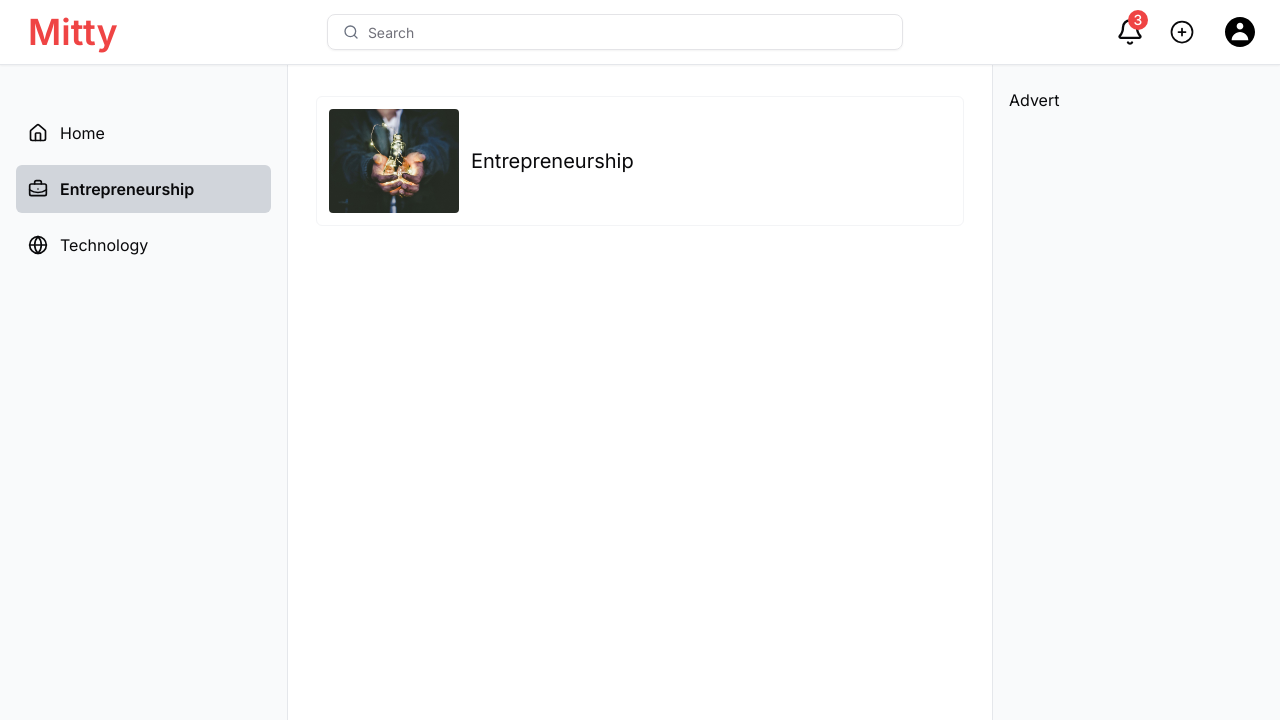
Repository: IssaMuiz/afrixpace-frontend
Page: /category/Entrepreneurship
The author's editor kept a copy of each file at every save. The page is drawn from the files as they stood at one save, then again after the next save.
The browser window is 1280 px wide. The pictures show the whole page.
The page's requests for data from a server got no answer. The project was rebuilt for these pictures with package versions that can differ from the ones it lists, and the page was loaded fresh each time. The framework's server and built-in components were replaced by stand-ins that run in the browser. No one was signed in, and anything a server would have sent is missing. Also part of the build but not shown: next.config.ts, components/ui/textarea.tsx, components/ui/card.tsx, components/Vote.tsx, components/PostCard.tsx.

Above is the page before, as saved 2025-02-09 15:42:00.

### app/layout.tsx
import type { Metadata } from "next";
import { Inter } from "next/font/google";
import "./globals.css";
import LayoutWrapper from "@/components/LayoutWrapper";

const inter = Inter({ subsets: ["latin"] });

export const metadata: Metadata = {
  title: "Adventurer app",
  description: "Share your adventure experience here",
};

export default function RootLayout({
  children,
}: Readonly<{
  children: React.ReactNode;
}>) {
  return (
    <html lang="en">
      <body className={`${inter.className} min-h-screen antialiased`}>
        <LayoutWrapper>{children}</LayoutWrapper>
      </body>
    </html>
  );
}

### app/category/[slug]/page.tsx
"use client";
import PostCard from "@/components/PostCard";
import { useEffect, useState } from "react";
import { useParams } from "next/navigation";
import Image from "next/image";
import { categoryImageHeader } from "@/constant";

interface Post {
  id: string;
  title: string;
  content: string;
  votes: number;
  mediaUrl?: string;
  mediaType: "image" | "video";
  category?: string;
  comments: [];
}

export default function CategoryPage() {
  const params = useParams();
  const [posts, setPosts] = useState<Post[]>([]);
  const category = params?.slug;

  const categoryParam = category ? category.toString() : "default";

  const imageCategory = categoryImageHeader[categoryParam];

  useEffect(() => {
    if (!category) return;

    if (category) {
      async function fetchPost() {
        try {
          const res = await fetch(`/api/posts?category=${category}`);
          const data = await res.json();
          setPosts(data);
        } catch (error) {
          console.error("Error fetching category post", error);
        }
      }
      fetchPost();
    }
  }, [category]);

  if (!category) return <div>Loading...</div>;
  return (
    <section className="space-y-6 mt-20">
      <div className=" w-full flex gap-3 items-center bg-white p-3 border border-gray-100 rounded-md">
        <Image
          src={imageCategory}
          alt="image category"
          height={130}
          width={130}
          className="rounded-sm"
        />
        <h1 className=" text-xl">{category}</h1>
      </div>
      {posts.map((post) => (
        <PostCard key={post.id} post={post} />
      ))}
    </section>
  );
}

### components/LayoutWrapper.tsx
"use client";

import Navbar from "@/components/Navbar";
import Sidebar from "@/components/Sidebar";
import AdvertBar from "@/components/Advertbar";
import { useState } from "react";
import { cn } from "@/lib/utils";

export default function LayoutWrapper({
  children,
}: Readonly<{
  children: React.ReactNode;
}>) {
  const [isSidebarOpen, setIsSidebarOpen] = useState(false);

  return (
    <div>
      <div
        className={cn(
          "fixed inset-0 z-40 top-[61px] bg-black/30 transition-opacity xl:hidden",
          isSidebarOpen ? "opacity-100 visible" : "opacity-0 invisible"
        )}
      ></div>
      <Navbar setIsSidebarOpen={setIsSidebarOpen} />
      <div className="grid grid-rows-1 lg:grid-rows-[1fr_250px] xl:grid-rows-[250px_1fr_300px] gap-6 h-screen p-4">
        <Sidebar isOpen={isSidebarOpen} setIsSidebarOpen={setIsSidebarOpen} />

        <main className=" lg:mr-[290px]  xl:mx-[300px]">{children}</main>
        <AdvertBar />
      </div>
    </div>
  );
}

### constant.ts
import { Home, Globe, BriefcaseBusinessIcon } from "lucide-react";

export const categories = [
  {
    name: "Home",
    icon: Home,
    path: "/",
  },
  {
    name: "Entrepreneurship",
    icon: BriefcaseBusinessIcon,
    path: "category/Entrepreneurship",
  },
  {
    name: "Technology",
    icon: Globe,
    path: "category/Technology",
  },
];

export const categoryImageHeader: Record<string, string> = {
  Entrepreneurship: "/entrepreneurship-image.jpg",
  Technology: "/Technology-image.jpg",
};

### components/Navbar.tsx
"use client";
import { Button } from "./ui/button";
import { Input } from "./ui/input";
import { Search } from "lucide-react";
import { Menu } from "lucide-react";
import { BellIcon } from "lucide-react";
import { useRouter } from "next/navigation";
import CreatePostModal from "./CreatePostModal";
import { useState } from "react";
import Image from "next/image";

const Navbar = ({
  setIsSidebarOpen,
}: {
  setIsSidebarOpen: React.Dispatch<React.SetStateAction<boolean>>;
}) => {
  const router = useRouter();
  const [user] = useState({
    username: "johndoe",
    avatar: "/profile.svg",
  });
  return (
    <nav className="border-b bg-white z-20 fixed left-0 right-0 top-0 border-gray-200 px-4 py-3 flex justify-between items-center shadow-sm">
      <div className="flex space-x-3 items-center">
        <Button
          onClick={() => setIsSidebarOpen((prev) => !prev)}
          className="xl:hidden block hover:bg-gray-300 rounded-full  cursor-pointer border-none shadow-none p-1"
          variant="outline"
        >
          <Menu className="min-h-7 min-w-7" />
        </Button>
        <h1 className="lg:hidden block text-2xl font-semibold text-red-500">
          A
        </h1>
        <h1 className="text-4xl font-semibold hidden lg:flex text-red-500">
          Mitty
        </h1>
      </div>
      <div className="relative max-w-xl flex-1 mx-5">
        <Search className=" h-4 absolute left-3 top-1/2 transform -translate-y-1/2 text-gray-500" />
        <Input
          type="text"
          placeholder="Search"
          className="pl-10 w-full border rounded-lg"
        />
      </div>

      <div className=" flex space-x-2 lg:space-x-4 items-center">
        <Button
          className="relative hover:bg-gray-300 rounded-full cursor-pointer border-none shadow-none p-1 group"
          variant="outline"
        >
          <BellIcon className="min-h-7 min-w-7" />
          <span className="absolute -top-1 right-0 text-white rounded-full h-5 w-5 bg-red-500">
            3
          </span>
          <span className="absolute left-1/2 -translate-x-1/2 top-12 px-2 py-1 text-sm text-white bg-gray-800 rounded opacity-0 group-hover:opacity-100 transition-transform pointer-events-none">
            Notification
          </span>
        </Button>

        <CreatePostModal />

        <Button
          className="relative hover:bg-gray-300 rounded-full cursor-pointer border-none shadow-none p-1 group"
          variant="outline"
          onClick={() => router.push(`/profile/${user.username}`)}
        >
          <Image
            src={user.avatar}
            alt="Profile"
            width={40}
            height={40}
            className="rounded-full"
          />
          <span className="absolute left-1/2 -translate-x-1/2 top-12 px-2 py-1 text-sm text-white bg-gray-800 rounded opacity-0 group-hover:opacity-100 transition-transform pointer-events-none">
            Profile
          </span>
        </Button>

        {/* <Button variant="outline" className="hover:bg-gray-100">
          Login
        </Button>
        <Button className="hover:bg-white hover:text-black ">Sign up</Button> */}
      </div>
    </nav>
  );
};

export default Navbar;

### components/Sidebar.tsx
"use client";

import Link from "next/link";
import { usePathname } from "next/navigation";
import { categories } from "@/constant";
import { cn } from "@/lib/utils";
import { useEffect, useRef } from "react";

interface SidebarProps {
  isOpen: boolean;
  setIsSidebarOpen: React.Dispatch<React.SetStateAction<boolean>>;
}

const Sidebar = ({ isOpen, setIsSidebarOpen }: SidebarProps) => {
  const sidebarRef = useRef<HTMLDivElement | null>(null);

  useEffect(() => {
    const handleOutsideClick = (event: MouseEvent) => {
      if (
        sidebarRef.current &&
        !sidebarRef.current.contains(event.target as Node)
      ) {
        setIsSidebarOpen(false);
      }
    };

    document.addEventListener("click", handleOutsideClick);
    return () => document.removeEventListener("click", handleOutsideClick);
  }, [isOpen, setIsSidebarOpen]);

  const pathname = usePathname();
  return (
    <aside
      ref={sidebarRef}
      className={cn(
        "fixed top-[61px] left-0 bottom-0 w-72 border-r bg-gray-50 border-gray-200 h-screen dark:bg-gray-900 px-4 pt-12 transition-transform xl:z-0 z-50  xl:translate-x-0",
        isOpen ? "translate-x-0" : "-translate-x-full"
      )}
    >
      <ul className="space-y-2">
        {categories.map((cat) => (
          <li key={cat.name}>
            <Link
              onClick={() => setIsSidebarOpen(false)}
              href={`/${cat.path}`}
              className={cn(
                "flex items-center gap-3 p-3 rounded-md hover:bg-gray-200 dark:hover:bg-gray-800 transition",
                pathname === `/${cat.path}` &&
                  "bg-gray-300 dark:bg-gray-700 font-semibold"
              )}
            >
              <cat.icon className="w-5 h-5" />
              <span>{cat.name}</span>
            </Link>
          </li>
        ))}
      </ul>
    </aside>
  );
};

export default Sidebar;

### components/Advertbar.tsx
const AdvertBar = () => {
  return (
    <aside className="hidden lg:block fixed right-0 top-14 bottom-0 w-72 border-l border-gray-200 h-full bg-gray-50 pt-8 px-4">
      Advert
    </aside>
  );
};

export default AdvertBar;

### lib/utils.ts
/* eslint-disable @typescript-eslint/no-explicit-any */
import { clsx } from "clsx";
import { twMerge } from "tailwind-merge";

export function cn(...inputs: any[]) {
  return twMerge(clsx(inputs));
}

### components/ui/button.tsx
import * as React from "react"
import { Slot } from "@radix-ui/react-slot"
import { cva, type VariantProps } from "class-variance-authority"

import { cn } from "@/lib/utils"

const buttonVariants = cva(
  "inline-flex items-center justify-center gap-2 whitespace-nowrap rounded-md text-sm font-medium transition-colors focus-visible:outline-none focus-visible:ring-1 focus-visible:ring-ring disabled:pointer-events-none disabled:opacity-50 [&_svg]:pointer-events-none [&_svg]:size-4 [&_svg]:shrink-0",
  {
    variants: {
      variant: {
        default:
          "bg-primary text-primary-foreground shadow hover:bg-primary/90",
        destructive:
          "bg-destructive text-destructive-foreground shadow-sm hover:bg-destructive/90",
        outline:
          "border border-input bg-background shadow-sm hover:bg-accent hover:text-accent-foreground",
        secondary:
          "bg-secondary text-secondary-foreground shadow-sm hover:bg-secondary/80",
        ghost: "hover:bg-accent hover:text-accent-foreground",
        link: "text-primary underline-offset-4 hover:underline",
      },
      size: {
        default: "h-9 px-4 py-2",
        sm: "h-8 rounded-md px-3 text-xs",
        lg: "h-10 rounded-md px-8",
        icon: "h-9 w-9",
      },
    },
    defaultVariants: {
      variant: "default",
      size: "default",
    },
  }
)

export interface ButtonProps
  extends React.ButtonHTMLAttributes<HTMLButtonElement>,
    VariantProps<typeof buttonVariants> {
  asChild?: boolean
}

const Button = React.forwardRef<HTMLButtonElement, ButtonProps>(
  ({ className, variant, size, asChild = false, ...props }, ref) => {
    const Comp = asChild ? Slot : "button"
    return (
      <Comp
        className={cn(buttonVariants({ variant, size, className }))}
        ref={ref}
        {...props}
      />
    )
  }
)
Button.displayName = "Button"

export { Button, buttonVariants }

### components/ui/input.tsx
import * as React from "react"

import { cn } from "@/lib/utils"

const Input = React.forwardRef<HTMLInputElement, React.ComponentProps<"input">>(
  ({ className, type, ...props }, ref) => {
    return (
      <input
        type={type}
        className={cn(
          "flex h-9 w-full rounded-md border border-input bg-transparent px-3 py-1 text-base shadow-sm transition-colors file:border-0 file:bg-transparent file:text-sm file:font-medium file:text-foreground placeholder:text-muted-foreground focus-visible:outline-none focus-visible:ring-1 focus-visible:ring-ring disabled:cursor-not-allowed disabled:opacity-50 md:text-sm",
          className
        )}
        ref={ref}
        {...props}
      />
    )
  }
)
Input.displayName = "Input"

export { Input }

### components/CreatePostModal.tsx
import React, { useState } from "react";
import { Input } from "@/components/ui/input";
import { Textarea } from "@/components/ui/textarea";
import { Button } from "@/components/ui/button";
import {
  Dialog,
  DialogContent,
  DialogTrigger,
  DialogHeader,
  DialogTitle,
} from "@/components/ui/dialog";
import Image from "next/image";
import { PlusCircleIcon } from "@heroicons/react/24/outline";
const CreatePostModal = () => {
  const [title, setTitle] = useState("");
  const [content, setContent] = useState("");
  const [media, setMedia] = useState<File | null>(null);
  const [preview, setPreview] = useState<string | null>(null);
  const [error, setError] = useState("");

  const handleMediaChange = (e: React.ChangeEvent<HTMLInputElement>) => {
    const file = e.target.files?.[0];
    if (!file) return;

    const fileType = file.type.split("/")[0];

    if (fileType !== "image" && fileType !== "video") {
      setError("Only images and videos are allowed");
      return;
    }

    setMedia(file);
    setError("");

    const reader = new FileReader();
    reader.onloadend = () => {
      setPreview(reader.result as string);
    };
    reader.readAsDataURL(file);
  };

  const handleSubmit = (e: React.FormEvent) => {
    e.preventDefault();
    setError("");

    if (!title.trim() || !content.trim()) {
      setError("Title and content are required");
      return;
    }

    const postData = {
      title,
      content,
      media,
    };

    console.log("Post submitted", postData);

    setTitle("");
    setContent("");
    setMedia(null);
    setPreview(null);
  };
  return (
    <Dialog>
      <DialogTrigger asChild>
        <Button
          className="relative hover:bg-gray-300 rounded-full cursor-pointer border-none shadow-none p-1 group"
          variant="outline"
        >
          <PlusCircleIcon className="min-h-7 min-w-7" />
          <span className="absolute left-1/2 -translate-x-1/2 top-12 px-2 py-1 text-sm text-white bg-gray-800 rounded opacity-0 group-hover:opacity-100 transition-transform pointer-events-none text-nowrap">
            Create Post
          </span>
        </Button>
      </DialogTrigger>
      <DialogContent className="max-w-sm h-[550px] xl:max-w-2xl xl:h-[600px] p-6 rounded-lg bg-white">
        <DialogHeader>
          <DialogTitle className="text-lg text-center font-semibold">
            Create a Post
          </DialogTitle>
        </DialogHeader>
        {error && <p className="text-red-500 text-sm mb-1">{error}</p>}

        <form onSubmit={handleSubmit} className="space-y-5 p-2">
          <Input
            type="text"
            placeholder="Post Title"
            value={title}
            onChange={(e) => setTitle(e.target.value)}
            className=" py-5"
          />

          <Textarea
            placeholder="Write something...."
            value={content}
            onChange={(e) => setContent(e.target.value)}
            rows={4}
          />

          <Input
            type="file"
            accept="image/*, video/*"
            onChange={handleMediaChange}
          />

          {preview && (
            <div className="relative w-full mt-2">
              {media?.type.startsWith("image") ? (
                <div className="h-32 w-32 relative">
                  <Image
                    src={preview}
                    alt="Preview"
                    fill
                    className="rounded object-cover"
                  />
                </div>
              ) : (
                <video src={preview} controls className="h-32 w-32 rounded" />
              )}
            </div>
          )}
          <Button type="submit" className="w-full">
            Post
          </Button>
        </form>
      </DialogContent>
    </Dialog>
  );
};

export default CreatePostModal;

### tailwind.config.ts
import type { Config } from "tailwindcss";
import tailwindAnimate from "tailwindcss-animate";

export default {
  darkMode: ["class"],
  content: [
    "./pages/**/*.{js,ts,jsx,tsx,mdx}",
    "./components/**/*.{js,ts,jsx,tsx,mdx}",
    "./app/**/*.{js,ts,jsx,tsx,mdx}",
  ],
  theme: {
    extend: {
      colors: {
        background: "hsl(var(--background))",
        foreground: "hsl(var(--foreground))",
        card: {
          DEFAULT: "hsl(var(--card))",
          foreground: "hsl(var(--card-foreground))",
        },
        popover: {
          DEFAULT: "hsl(var(--popover))",
          foreground: "hsl(var(--popover-foreground))",
        },
        primary: {
          DEFAULT: "hsl(var(--primary))",
          foreground: "hsl(var(--primary-foreground))",
        },
        secondary: {
          DEFAULT: "hsl(var(--secondary))",
          foreground: "hsl(var(--secondary-foreground))",
        },
        muted: {
          DEFAULT: "hsl(var(--muted))",
          foreground: "hsl(var(--muted-foreground))",
        },
        accent: {
          DEFAULT: "hsl(var(--accent))",
          foreground: "hsl(var(--accent-foreground))",
        },
        destructive: {
          DEFAULT: "hsl(var(--destructive))",
          foreground: "hsl(var(--destructive-foreground))",
        },
        border: "hsl(var(--border))",
        input: "hsl(var(--input))",
        ring: "hsl(var(--ring))",
        chart: {
          "1": "hsl(var(--chart-1))",
          "2": "hsl(var(--chart-2))",
          "3": "hsl(var(--chart-3))",
          "4": "hsl(var(--chart-4))",
          "5": "hsl(var(--chart-5))",
        },
      },
      borderRadius: {
        lg: "var(--radius)",
        md: "calc(var(--radius) - 2px)",
        sm: "calc(var(--radius) - 4px)",
      },
    },
  },

  plugins: [tailwindAnimate],
} satisfies Config;

Loaded but not shown: app/globals.css (common file); components/ui/dialog.tsx (122 lines, source omitted)

After the next save:
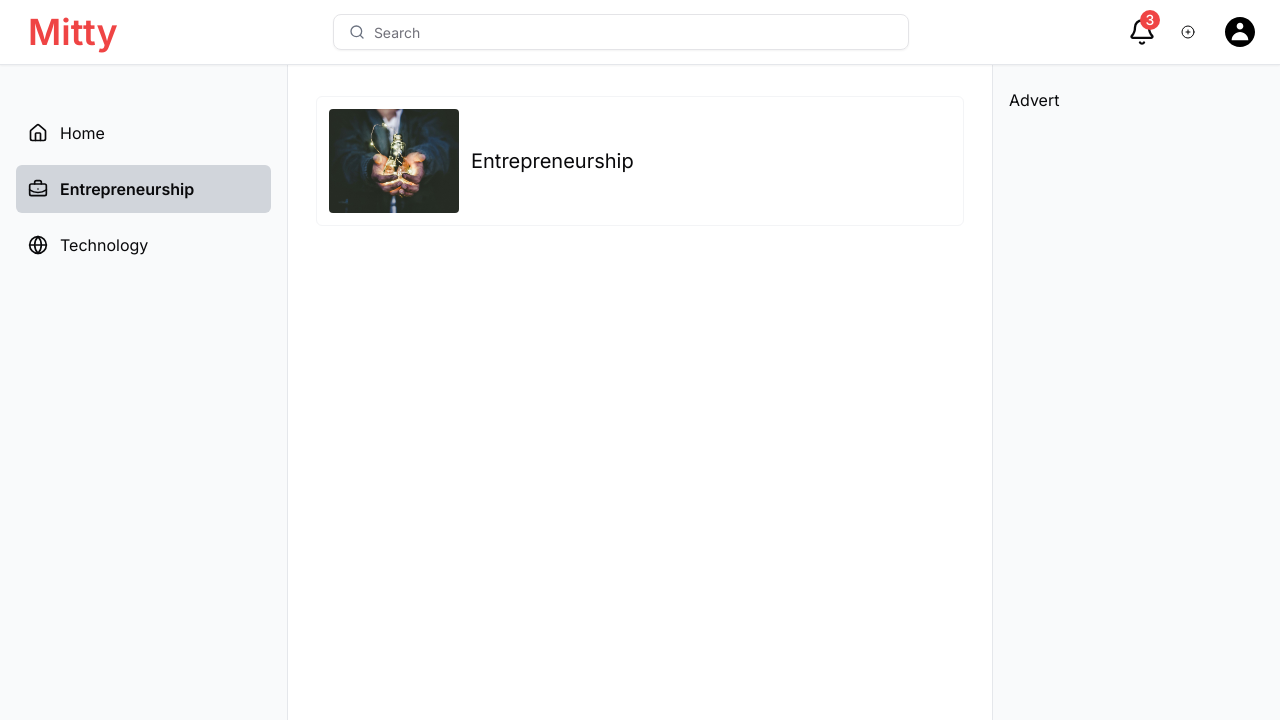
Saved 25 s later.
--- a/components/CreatePostModal.tsx
+++ b/components/CreatePostModal.tsx
@@ -68,7 +68,7 @@
           className="relative hover:bg-gray-300 rounded-full cursor-pointer border-none shadow-none p-1 group"
           variant="outline"
         >
-          <PlusCircleIcon className="min-h-7 min-w-7" />
+          <PlusCircleIcon className="" />
           <span className="absolute left-1/2 -translate-x-1/2 top-12 px-2 py-1 text-sm text-white bg-gray-800 rounded opacity-0 group-hover:opacity-100 transition-transform pointer-events-none text-nowrap">
             Create Post
           </span>

After the save that followed:
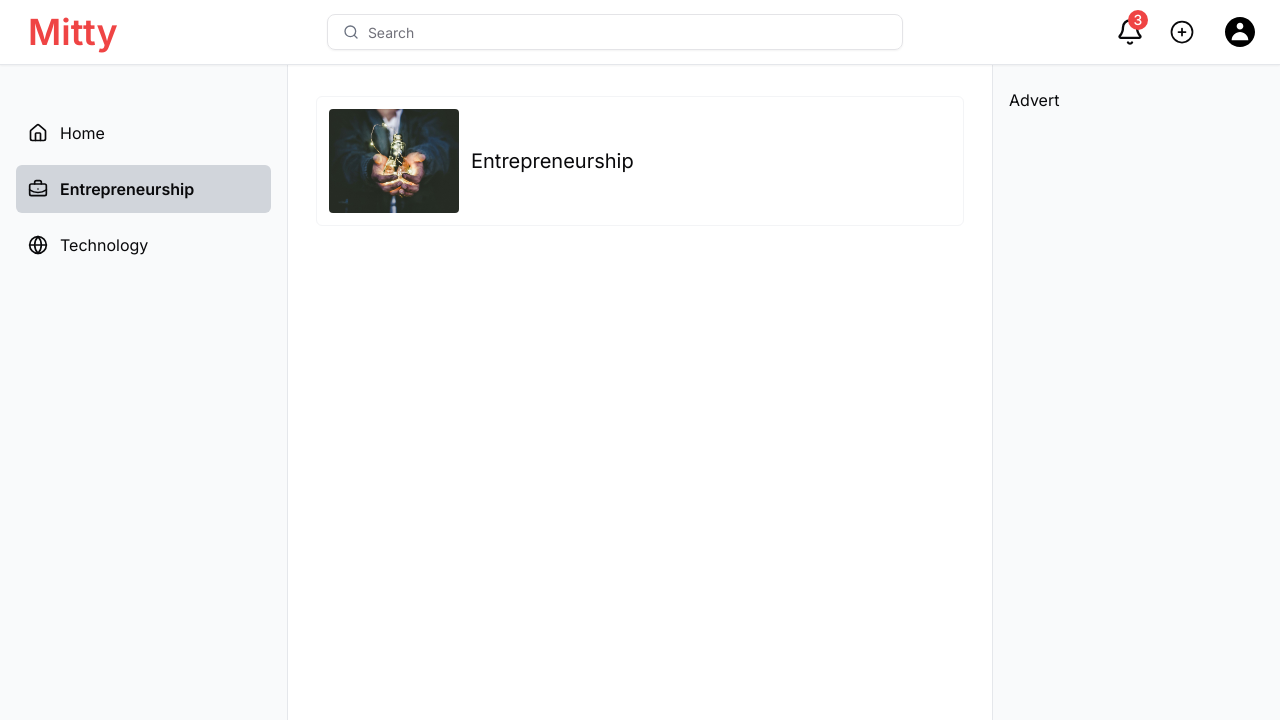
Saved 11 s later.
--- a/components/CreatePostModal.tsx
+++ b/components/CreatePostModal.tsx
@@ -68,7 +68,7 @@
           className="relative hover:bg-gray-300 rounded-full cursor-pointer border-none shadow-none p-1 group"
           variant="outline"
         >
-          <PlusCircleIcon className="" />
+          <PlusCircleIcon className="min-h-7 min-w-7" />
           <span className="absolute left-1/2 -translate-x-1/2 top-12 px-2 py-1 text-sm text-white bg-gray-800 rounded opacity-0 group-hover:opacity-100 transition-transform pointer-events-none text-nowrap">
             Create Post
           </span>
